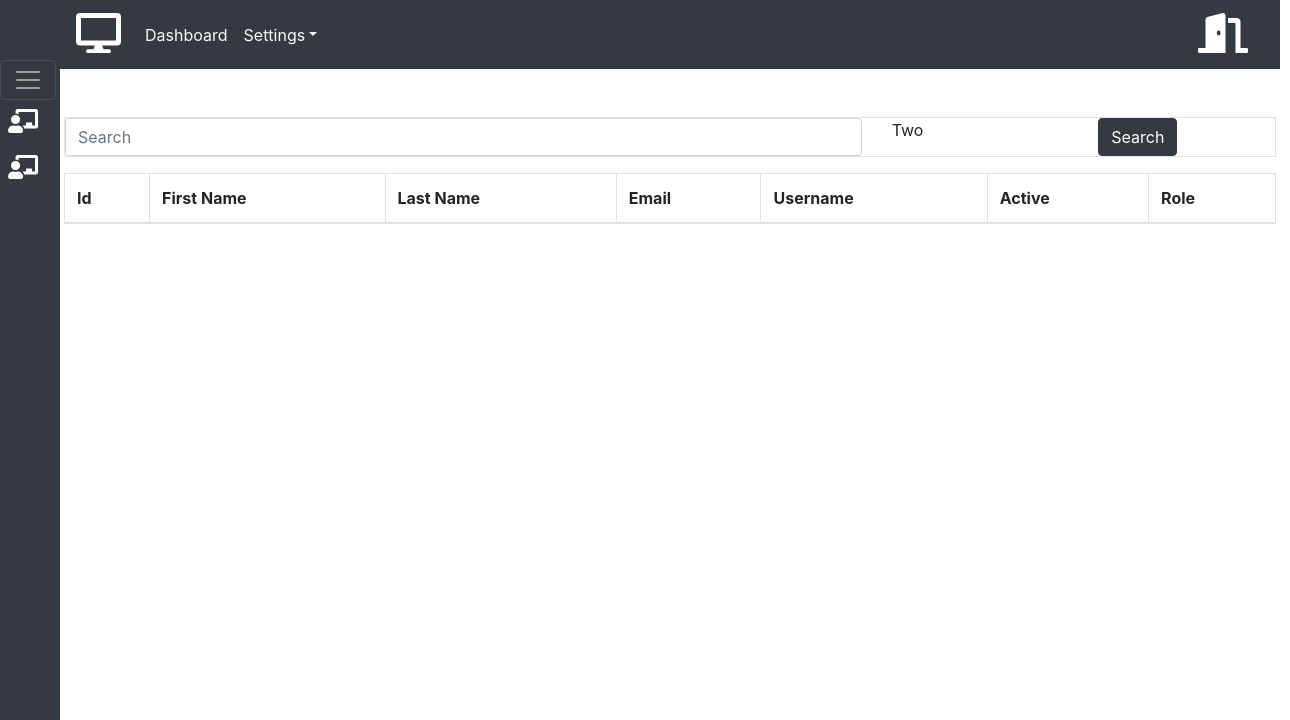
Repository: Pjosif/iDesk
Page: http://localhost/web/protected/userAdm.jsp
An editor plug-in stored every save of this project. The page is shown before and after the next save, followed by the edit.
The browser window is 1280 px wide. The page is 1290 px wide, so the pictures cover 1290 px, including what lies to the right of the window. The pictures show the whole page.
Some web libraries are served in a nearby version. The page is served by Tomcat 9. Nobody is signed in. The application's start-up code is not run. Other server files are loaded and not shown. The template is opened directly, without the code that normally fills it, so the values that code supplies are empty.

Above is the page before, as saved 2018-08-01 12:50:48.

### main/web/src/main/webapp/protected/userAdm.jsp
<%@ page language="java" contentType="text/html; charset=ISO-8859-1" pageEncoding="ISO-8859-1"%>
<!DOCTYPE html>
<%@ taglib uri="http://www.springframework.org/tags/form" prefix="form"%>
<%@ taglib uri="http://java.sun.com/jsp/jstl/core" prefix="c"%>
<html>
<head>
<meta charset="utf-8">
<meta name="viewport" content="width=device-width, initial-scale=1, shrink-to-fit=no">
<link href="../resources/css/bootstrap.css" rel="stylesheet">
<link rel="stylesheet" href="https://use.fontawesome.com/releases/v5.1.0/css/all.css" integrity="sha384-lKuwvrZot6UHsBSfcMvOkWwlCMgc0TaWr+30HWe3a4ltaBwTZhyTEggF5tJv8tbt" crossorigin="anonymous">
<link href="../resources/css/sidenav.css" rel="stylesheet">
<title>User Management</title>
</head>
<body>
	<jsp:include page="../master/sidenav.jsp" />
	<div id="main" class="main">
		<jsp:include page="../master/header.jsp" />
		<div class="border mt-5 mx-1">
			<div class="row">
				<div class="col-md-8">
					<input type="text" class="form-control" placeholder="Search" aria-label="Search">
				</div>
				<div class="col-md-2">Two</div>
				<div class="col-md-2"><button type="button" class="btn btn-dark">Search</button></div>
			</div>
		</div>

		<div class="mt-3 mx-1">
			<table class="table table-bordered">
				<thead>
					<tr>
						<th scope="col">Id</th>
						<th scope="col">First Name</th>
						<th scope="col">Last Name</th>
						<th scope="col">Email</th>
						<th scope="col">Username</th>
						<th scope="col">Active</th>
						<th scope="col">Role</th>
					</tr>
				</thead>
				<c:forEach var="emp" items="${list}">
					<tr>
						<th scope="row">${emp.id}</th>
						<td>${emp.firstName}</td>
						<td>${emp.lastName}</td>
						<td>${emp.email}</td>
						<td>${emp.username}</td>
						<td>${emp.active}</td>
						<td>${emp.role.role}</td>
					</tr>
				</c:forEach>
			</table>
		</div>

	</div>
	<script src="https://code.jquery.com/jquery-3.3.1.slim.min.js" integrity="sha384-q8i/X+965DzO0rT7abK41JStQIAqVgRVzpbzo5smXKp4YfRvH+8abtTE1Pi6jizo" crossorigin="anonymous"></script>
	<script src="https://cdnjs.cloudflare.com/ajax/libs/popper.js/1.14.3/umd/popper.min.js" integrity="sha384-ZMP7rVo3mIykV+2+9J3UJ46jBk0WLaUAdn689aCwoqbBJiSnjAK/l8WvCWPIPm49" crossorigin="anonymous"></script>
	<script src="../resources/js/bootstrap.min.js"></script>
</body>
</html>

### main/web/src/main/webapp/master/sidenav.jsp
<div id=sideNav class=sidenav>
	<div class="navbar-dark">
		<button class="navbar-toggler" type="button" onclick="togleNav()">
			<span class="navbar-toggler-icon"></span>
		</button>
	</div>
	<ul>
		<li>
			<a href="#">
				<i class="fas fa-chalkboard-teacher"></i>Incident
			</a>
		</li>
		<li>
			<a href="#">
				<i class="fas fa-chalkboard-teacher"></i>Request
			</a>
		</li>

		<!-- 		<a href="#"><i class="fas fa-chalkboard-teacher"></i>MENU 3</a> -->
		<!-- 		<a href="#"><i class="fas fa-chalkboard-teacher"></i>MENU 4</a> -->
	</ul>
</div>
<script>
	function togleNav() {
		var navigator = document.getElementById("sideNav");
		if (navigator.style.width === "200px") {
			closeNav();
		} else {
			openNav();
		}
	}

	function openNav() {
		document.getElementById("sideNav").style.width = "200px";
		document.getElementById("main").style.marginLeft = "200px";
	}

	function closeNav() {
		document.getElementById("sideNav").style.width = "60px";
		document.getElementById("main").style.marginLeft = "60px";
	}
</script>

### main/web/src/main/webapp/master/header.jsp
<%@ taglib prefix="sec" uri="http://www.springframework.org/security/tags" %>
<nav class="navbar navbar-expand-sm navbar-dark bg-dark">
	<div>
		<a class="navbar-brand" href="home">
			<i class="fas fa-desktop fa-2x"></i>
		</a>
	</div>
	<button class="navbar-toggler" type="button" data-toggle="collapse" data-target="header" aria-controls="header" aria-expanded="false" aria-label="Toggle navigation">
		<span class="navbar-toggler-icon"></span>
	</button>
	<div class="collapse navbar-collapse" id="header">
		<ul class="navbar-nav mr-auto">
			<li class="nav-item">
				<a class="nav-link text-light" href="#">Dashboard</a>
			</li>
			<li class="nav-item dropdown">
				<a class="nav-link dropdown-toggle text-light" style="cursor:pointer" id="settings" data-toggle=dropdown aria-haspopup="true" aria-expanded="false">Settings</a>
				<div class="dropdown-menu" aria-labelledby="settings">
					<a class="dropdown-item" href="#">Configuration Item</a>
				</div>
			</li>
			<sec:authorize access="hasAuthority('ADMIN_PRIVILEGE')">
			<li class="nav-item dropdown">
				<a class="nav-link dropdown-toggle text-light" style="cursor: pointer" id="dropdown03" data-toggle="dropdown" aria-haspopup="true" aria-expanded="false">Administrator</a>
				<div class="dropdown-menu" aria-labelledby="dropdown03">
					<a class="dropdown-item" href="userlist">Users</a>
					<a class="dropdown-item" href="rolelist">Roles</a>
					<a class="dropdown-item" href="privlist">Privilege</a>
				</div>
			</li>
			</sec:authorize>
		</ul>
		<a class="navbar-brand" href="logout">
			<i class="fas fa-door-open fa-2x"></i>
		</a>
	</div>
</nav>

### main/web/src/main/webapp/resources/css/sidenav.css
.main {
	margin-left: 60px;
}

.sidenav {
    height: 100%;
    width: 60px;
    position: fixed;
    z-index: 1;
    top: 0;
    left: 0;
    background-color: #343a40;
    overflow-x: hidden;
    transition: 0.5s;
    padding-top: 60px;
}

.sidenav a {
	width:250px;
    padding: 8px 8px 8px 8px;
    text-decoration: none;
    font-size: 20px;
    color: #FFFFFF;
    display: block;
    transition: 0.3s;
}

.sidenav i {
	padding-right: 22px;
	font-size: 24px;
}

.sidenav ul {
	list-style-type: none;
	padding: 0;
}

.sidenav a:hover {
    color: #f1f1f1;
}

.sidenav .closebtn {
    position: absolute;
    top: 0;
    right: 25px;
    font-size: 36px;
    margin-left: 50px;
}

@media screen and (max-height: 450px) {
  .sidenav {padding-top: 15px;}
  .sidenav a {font-size: 18px;}
}

Loaded but not shown: main/web/src/main/webapp/resources/css/bootstrap.css (library); main/web/src/main/webapp/resources/js/bootstrap.min.js (library)

After the next save:
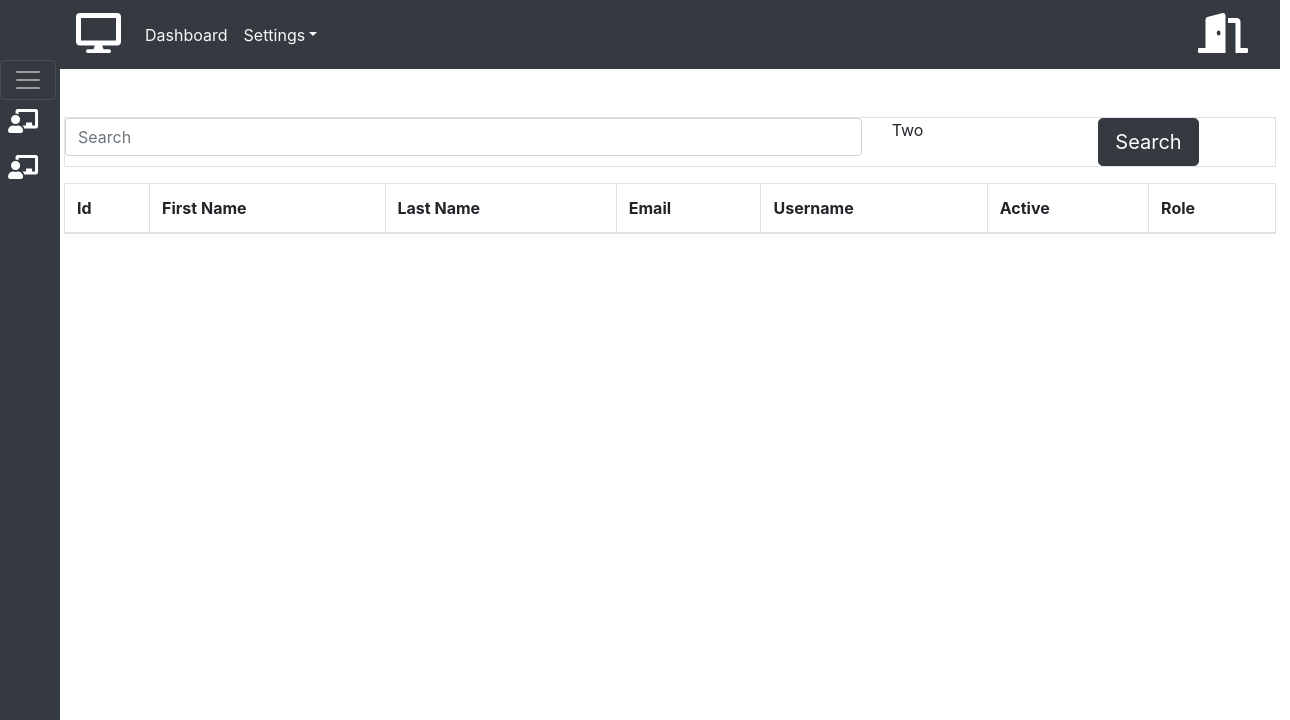
Saved 5 min 48 s later.
--- a/main/web/src/main/webapp/protected/userAdm.jsp
+++ b/main/web/src/main/webapp/protected/userAdm.jsp
@@ -21,7 +21,7 @@
 					<input type="text" class="form-control" placeholder="Search" aria-label="Search">
 				</div>
 				<div class="col-md-2">Two</div>
-				<div class="col-md-2"><button type="button" class="btn btn-dark">Search</button></div>
+				<div class="col-md-2"><button type="button" class="btn btn-dark btn-lg">Search</button></div>
 			</div>
 		</div>
 

After the save that followed:
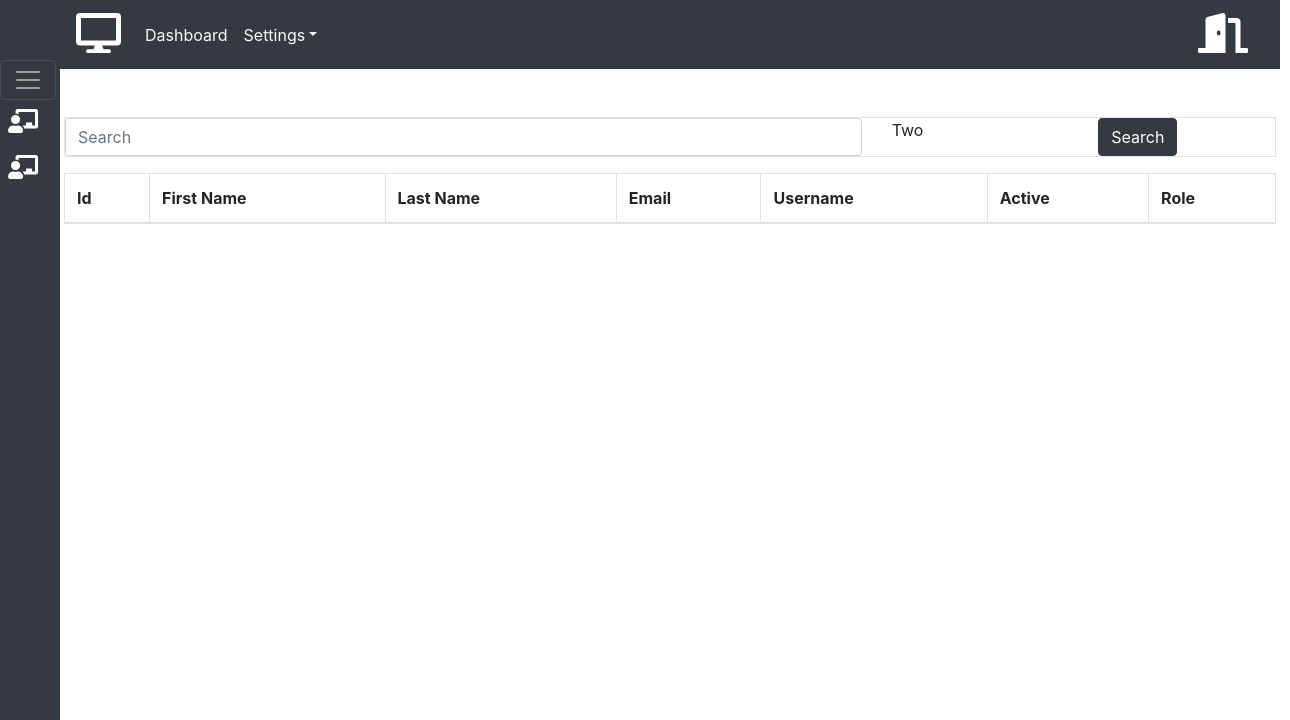
Saved 8 s later.
--- a/main/web/src/main/webapp/protected/userAdm.jsp
+++ b/main/web/src/main/webapp/protected/userAdm.jsp
@@ -21,7 +21,7 @@
 					<input type="text" class="form-control" placeholder="Search" aria-label="Search">
 				</div>
 				<div class="col-md-2">Two</div>
-				<div class="col-md-2"><button type="button" class="btn btn-dark btn-lg">Search</button></div>
+				<div class="col-md-2"><button type="button" class="btn btn-dark ">Search</button></div>
 			</div>
 		</div>
 
